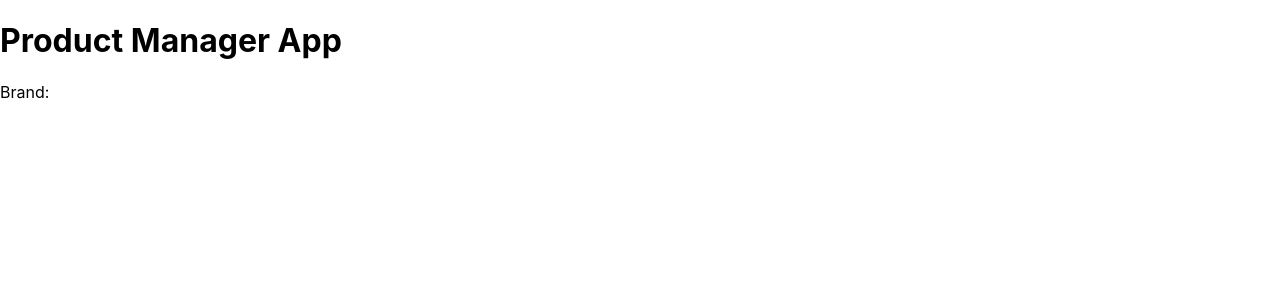
Repository: sunilkc-7/product-manager-app
Page: /
The author's editor kept a copy of each file at every save. The page is drawn from the files as they stood at one save, then again after a run of saves.
The browser window is 1280 px wide. The pictures show the whole page.
The project was rebuilt for these pictures with package versions that can differ from the ones it lists, and the page was loaded fresh each time. Also part of the build but not shown: src/App.css.

Above is the page before, as saved 2023-07-31 15:23:51.

### src/App.js
import "./App.css";
import productsData from "./data/data.json";
import { useState } from "react";

function App() {
  const [brandList, setBrandList] = useState(productsData.brands);
  const [productList, setProductList] = useState(productsData.products);
  return (
    <div className="App">
      <h1>Product Manager App</h1>
      <div className="form-container">
        <label>Brand:</label>
      </div>
    </div>
  );
}

export default App;

### src/data/data.json
{
  "brands": ["Brand A", "Brand B", "Brand C"],
  "products": [
    {
      "brand": "Apple",
      "name": "Product1"
    },
    {
      "brand": "Samsung",
      "name": "Product2"
    },
    {
      "brand": "Google",
      "name": "Product3"
    }
  ]
}

Loaded but not shown: public/index.html (common file); src/index.js (common file); src/index.css (common file); src/reportWebVitals.js (common file)

After the next 2 saves:
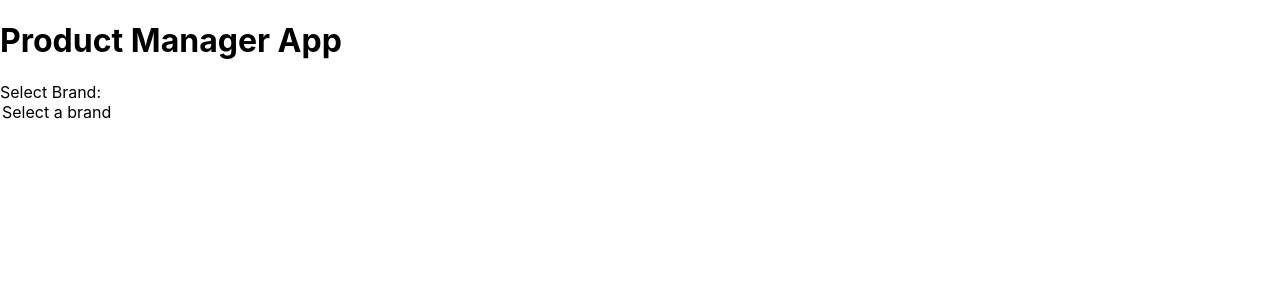
The 2 saves are shown as one change because 1 did not build or start.
The last was saved 2 min 47 s later.
--- a/src/App.js
+++ b/src/App.js
@@ -9,7 +9,11 @@
     <div className="App">
       <h1>Product Manager App</h1>
       <div className="form-container">
-        <label>Brand:</label>
+        <label>Select Brand:</label>
+        {/* <select value={selectedBrand} onChange={handleBrandChange}> */}
+        <option value="">Select a brand</option>
+
+        {/* </select> */}
       </div>
     </div>
   );
